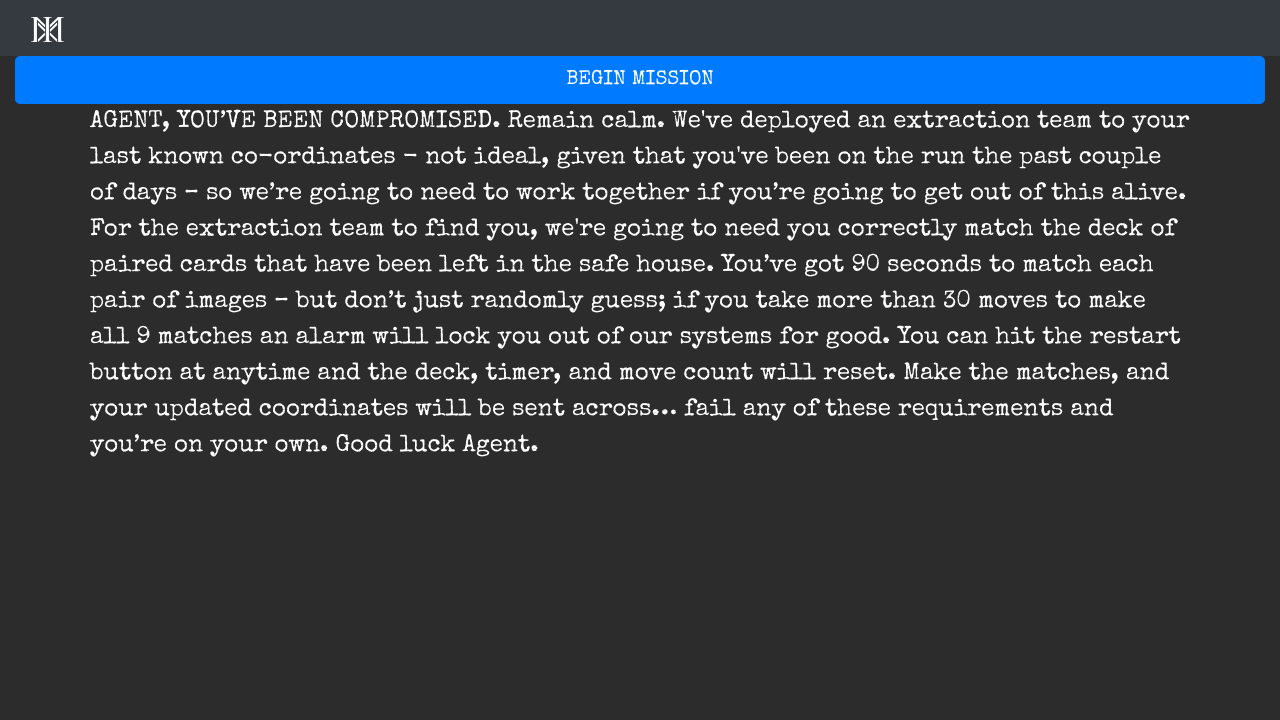
Repository: Code-Institute-Submissions/Milestone-25
Page: index.html
The author's editor kept a record of every edit. The page is drawn from the files as they stood at one moment, then again after the next edit.
The browser window is 1280 px wide. The pictures show the whole page.

Above is the page before.

### index.html
<!DOCTYPE html>
<html lang="en">

<head>
  <meta charset="UTF-8">
  <meta name="viewport" content="width=device-width, initial-scale=1">
  <meta http-equiv="X-UA-Compatible" content="ie=edge">
  <link rel="stylesheet" href="https://stackpath.bootstrapcdn.com/bootstrap/4.4.1/css/bootstrap.min.css" integrity="sha384-Vkoo8x4CGsO3+Hhxv8T/Q5PaXtkKtu6ug5TOeNV6gBiFeWPGFN9MuhOf23Q9Ifjh" crossorigin="anonymous">
  <script src="https://ajax.googleapis.com/ajax/libs/jquery/3.4.1/jquery.min.js"></script>
  <script src="https://maxcdn.bootstrapcdn.com/bootstrap/4.4.1/js/bootstrap.min.js"></script>
  <link rel="stylesheet" href="assets/css/style.css" media="screen">
  <title>Memoryphile Home</title>
</head>

<body>
  <!--Navbar for style purposes only-->
  <nav class="navbar navbar-expand-md navbar-dark bg-dark sticky-top">
    <div class="container-fluid">
      <a class="navbar-brand"><img src="./assets/images/logo.png" height="25" alt="Memoryphile Logo"></a>
    </div>
  </nav>

  <!--Button to jump to game-->
  <div class="container-fluid padding">
    <div class="row padding">
      <div class="col-md">
        <button type="button" class="btn btn-primary btn-lg btn-block">BEGIN MISSION</button>
      </div>
    </div>
  </div>

  <!--Instructions paragraph-->
  <div class="container-fluid padding">
    <div class="row padding">
      <div class="col-md">
        <p class="instructions">AGENT, YOU’VE BEEN COMPROMISED.
        Remain calm. We've deployed an extraction team to your last known co-ordinates - not ideal, given that you've been on the run the past couple of days – so we’re going to need to work together if you’re going to get out of this alive.

        For the extraction team to find you, we're going to need you correctly match the deck of paired cards that have been left in the safe house. You’ve got 90 seconds to match each pair of images – but don’t just randomly guess; if you take more than 30 moves to make all 9 matches an alarm will lock you out of our systems for good. You can hit the restart button at anytime and the deck, timer, and move count will reset.

        Make the matches, and your updated coordinates will be sent across… fail any of these requirements and you’re on your own. Good luck Agent.
        </p>
      </div>
    </div>
  </div>



</body>



<script type="text/javascript" src="./assets/js/main.js"></script>

</html>

### assets/css/style.css
@import url('https://fonts.googleapis.com/css?family=Homemade+Apple|Special+Elite&display=swap');

/* ==============STYLING==============*/

/*--------HTML, BODY Styling-----*/

html,
body {
  height: 100%;
  width: 100%;
  font-family: 'Special Elite', sans-serif;
  color: #fff;
  background-color: #2c2c2d;
}

/*------------BUTTON STYLING--------*/

.btn-secondary {
    background-color: #c30e0e;
    border-color: #c30e0e;
    margin-top: 10%;
    margin-bottom: 10%;
    font-size: 350%;
    padding-top: 1.5%;

}


/*------------Instructions STYLING--------*/

.instructions {
  font-size: 150%;
  display: inline-block;
  margin-left: 6%;
  margin-right: 6%;
}

### assets/js/main.js
//on page open, timer counts from 90 secs down

//on page open, or on restart, cards are reshuffled

//on reset, cards shuffled, reset game board, reset timer

//if timer = 0, game over

// on click, moves increases by 1

// if moves > 40, game over

//on restart, pasue game and timer and ask for confirmation
    //if confirmation = true page refreshes and timer + cards all reset
    //if confirmation = false, game and timer resumes


// on click:
    //if no other card active, flip card and set to active
    //if other card active, compare img of both active cards
        //if img match, match counter increase by one
        //on no match, both cards return to rest state

//(no. of cards = 18)

//if match counter = 9, player wins.

//if match counter = 9, timer stops

//score? = at win, total moves and total time remaining

//set keyboard (p)ause and (esc)ape actions

//if player wins, produce success message (and rating out of three?)

//if player loses (out of time, or exceeds moves), produce loss message

After the next edit:
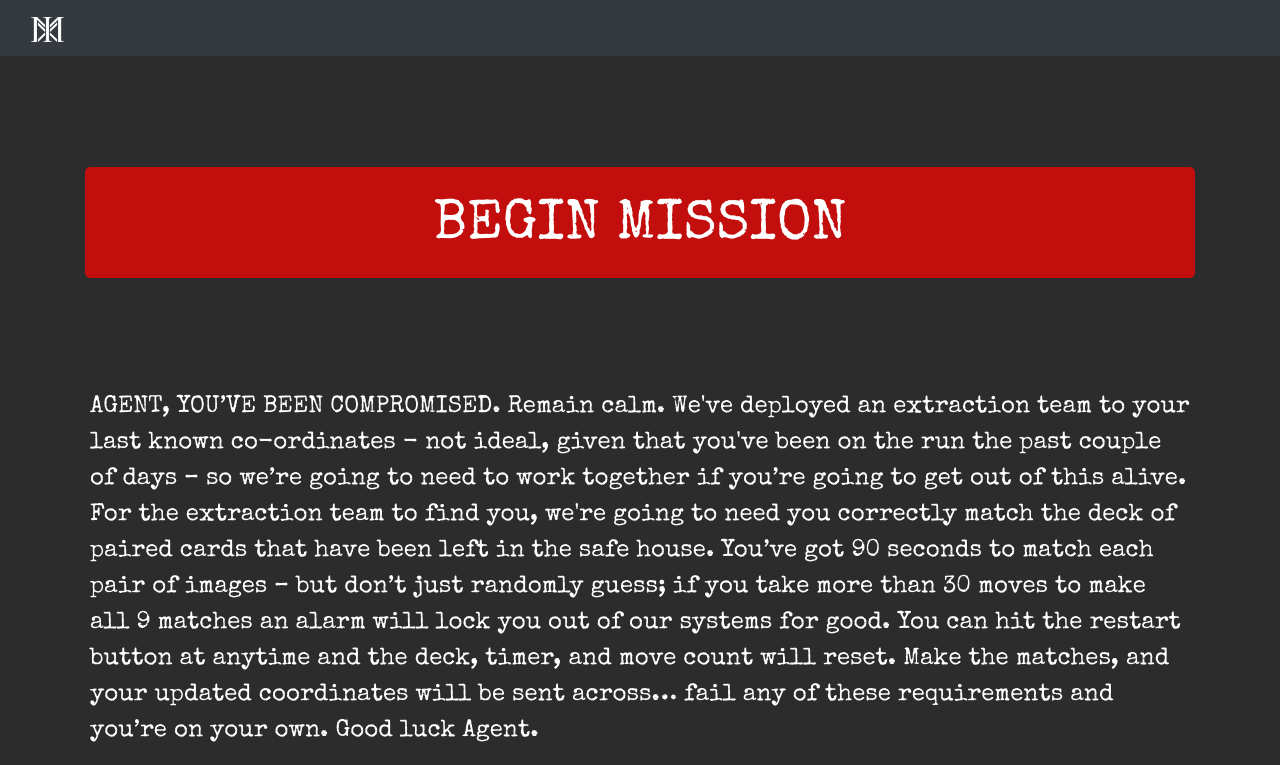
The edit:
--- a/index.html
+++ b/index.html
@@ -23,8 +23,8 @@
   <!--Button to jump to game-->
   <div class="container-fluid padding">
     <div class="row padding">
-      <div class="col-md">
-        <button type="button" class="btn btn-primary btn-lg btn-block">BEGIN MISSION</button>
+      <div class="container-sm">
+        <button type="button" class="btn btn-secondary btn-lg btn-block">BEGIN MISSION</button>
       </div>
     </div>
   </div>
